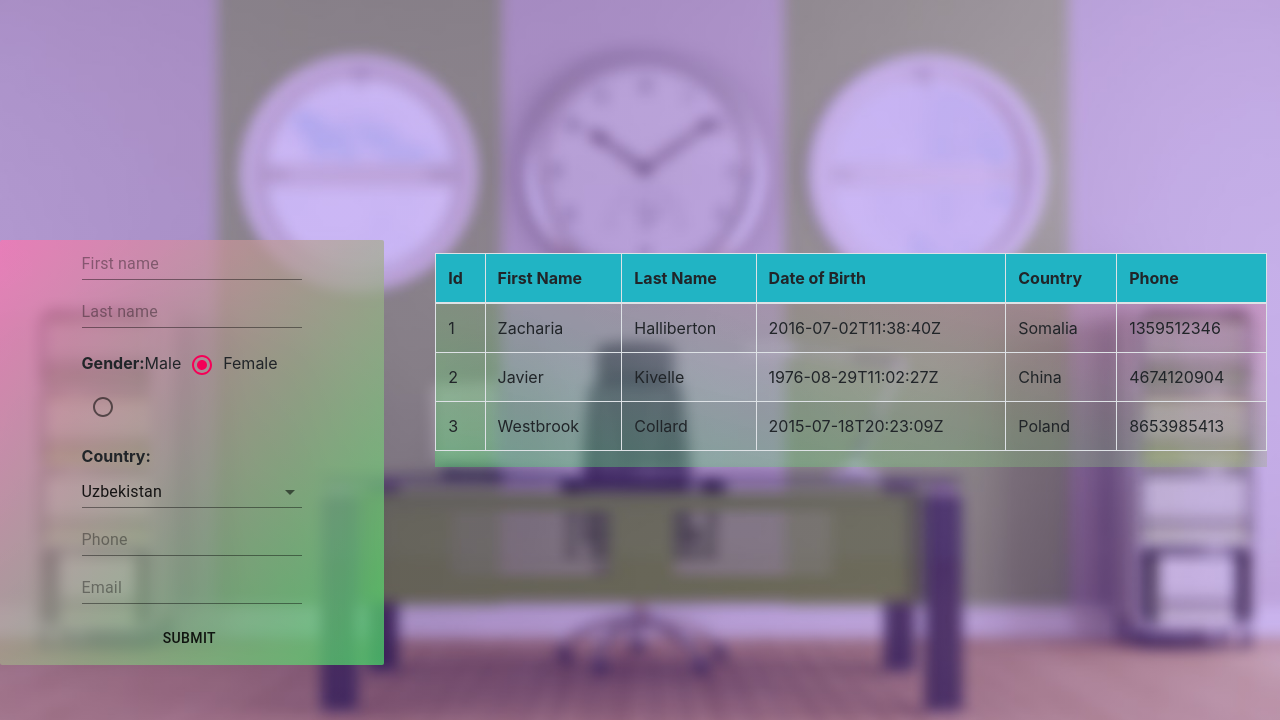
Repository: abrorsaidov/table-table
Page: /
An editor plug-in stored every save of this project. The page is shown before and after the next save, followed by the edit.
The browser window is 1280 px wide. The pictures show the whole page.
The project was rebuilt for these pictures with package versions that can differ from the ones it lists, and the page was loaded fresh each time. Also part of the build but not shown: src/components/ComponentC.js.

Above is the page before, as saved 2020-12-05 01:11:16.

After the next save:
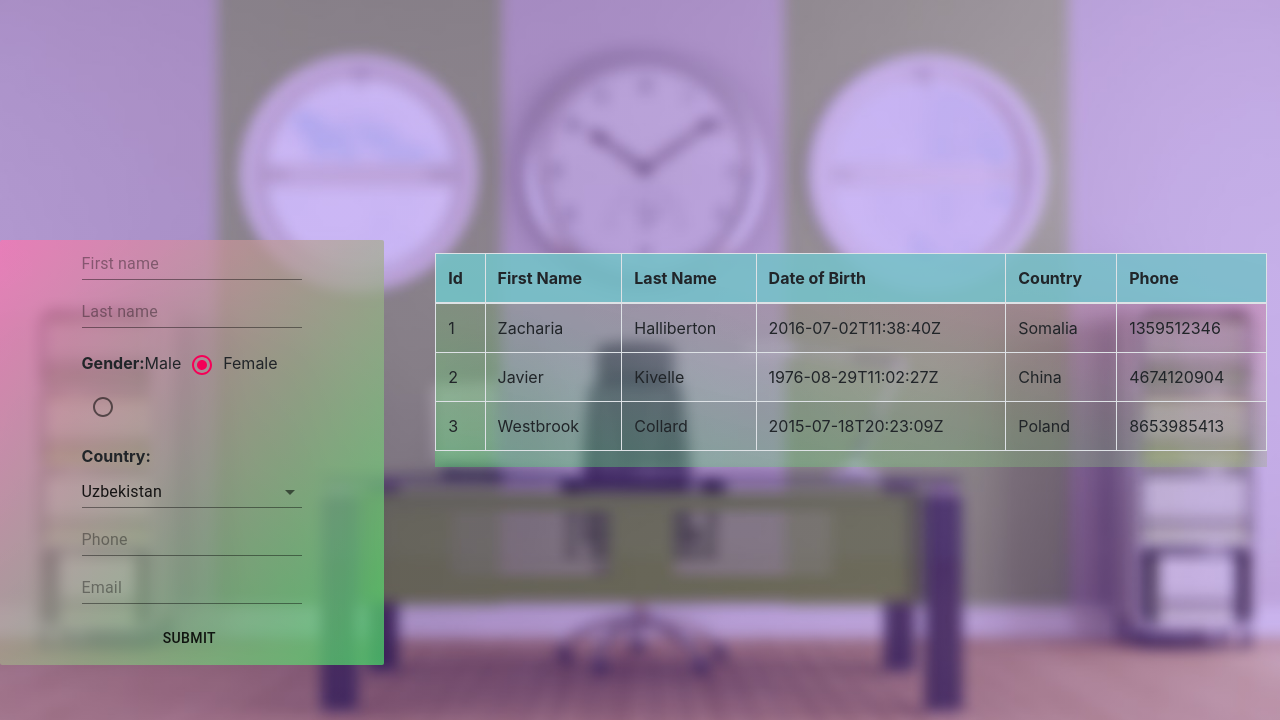
Saved 8 s later.
--- a/src/App.css
+++ b/src/App.css
@@ -89,5 +89,5 @@ option {
 }
 
 thead {
-  background: rgb(33, 180, 196);
+  background: rgba(113, 195, 204, 0.83);
 }
